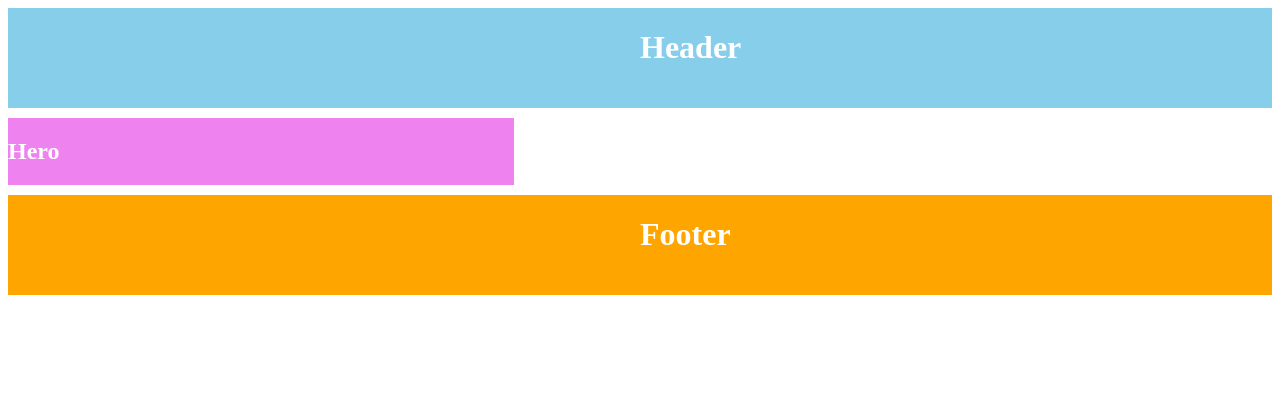
Repository: harshitanthal1/assignments_avisoft
Page: 01-02-2024/assignment_2/index.html
The author's editor kept a copy of each file at every save. The page is drawn from the files as they stood at one save, then again after the next save.
The browser window is 1280 px wide. The pictures show the whole page.

Above is the page before, as saved 2024-02-01 13:54:10.

After the next save:
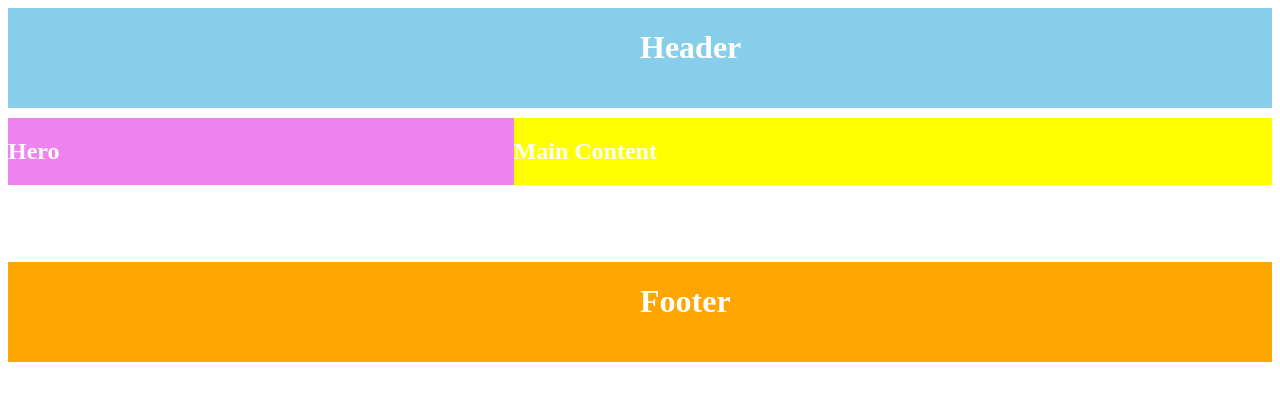
Saved 61 s later.
--- a/01-02-2024/assignment_2/styles/styles.css
+++ b/01-02-2024/assignment_2/styles/styles.css
@@ -20,7 +20,8 @@
 }
 
 #box2 {
-
+    background-color: yellow;
+    width: 60%;
 }
 
 #box3 {
